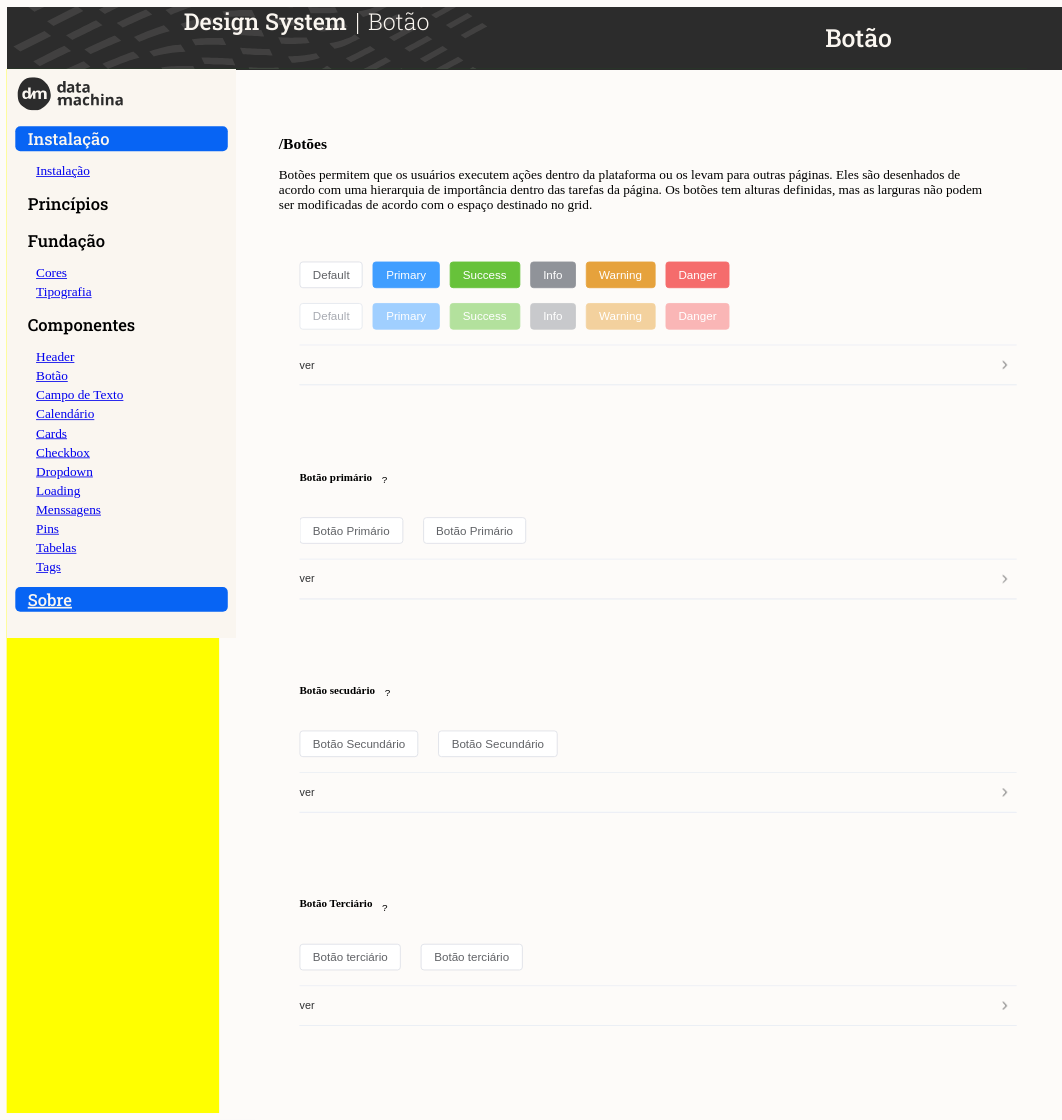
Repository: gustavoemmanoel/DM-Design-System
Page: /#/BotaoDs
The author's editor kept a copy of each file at every save. The page is drawn from the files as they stood at one save, then again after the next save.
The browser window is 1280 px wide. The pictures show the whole page, at 83% of full size.
The project was rebuilt for these pictures with package versions that can differ from the ones it lists, and the page was loaded fresh each time. Also part of the build but not shown: vue.config.js, src/views/Installation/InstallationEl.vue, src/views/Fundacao/ColorsDs.vue, src/views/Fundacao/IconografiaDs.vue, src/views/Fundacao/TipografiaDs.vue, src/views/Componentes/HeaderPage.vue, src/views/Componentes/CalendarioDs.vue, src/views/Componentes/CampoTextoDs.vue and 9 more.

Above is the page before, as saved 2022-10-20 15:49:33.

### src/main.js
import { createApp } from 'vue'
import router from './router'
import ElementPlus from 'element-plus'
import 'element-plus/dist/index.css'
import App from './App.vue'

import './'

createApp(App).use(ElementPlus).use(router).mount('#app')

/* app.use(ElementPlus)
app.mount('#app')

const app = createApp(App) */

### src/App.vue
<template>
  <div>
    <router-view />
  </div>
</template>

<script>
export default {
  name: "app",
};
</script>

<style>
@import url("https://fonts.googleapis.com/css2?family=Roboto:ital,wght@0,100;0,300;0,400;0,500;0,700;0,900;1,100;1,300;1,400;1,500;1,700;1,900&display=swap");
/* font-family: 'Roboto', sans-serif; */

@import url("https://fonts.googleapis.com/css2?family=Roboto+Slab:wght@200;300;400;500;600;700;800;900&display=swap");
/* font-family: 'Roboto Slab', serif; */

body {
  overflow-y: scroll;
  background: #fdfbf9;
  /* padding-top: 75px; */
}

.flex {
  display: flex;
  align-items: center;
}

</style>

<style>
.logo {
  width: 220px;
}

.el-header {
  background: green;
  position: fixed;
  width: 100%;
  padding: 0 !important;
  height: 75px !important;
  overflow: hidden;
}

.el-aside {
  background: yellow;
  margin-top: 75px;
  width: 256px;
}

footer {
  background: pink;
}

.containerInfos {
  background: var(--dm_creme_00);
  color: var(--dm_preto_00);
  border-radius: 6px;
  width: max-content;
  padding: 30px;
}

.componentsStyleContent {
  width: 100vw;
  /* background: gray; */
}

.el-main {
  margin: auto;
  margin-top: 75px;
  margin-bottom: 30px;
  max-width: 1020px;
  padding: 20px;
  padding: 60px 72px 20px 72px;
  box-sizing: border-box;
  border-radius: 6px;
}

.container-elementos {
  background: red;
  background: var(--dm_creme_01);
  width: 100%;
  border-radius: 6px;
  padding: 25px;
  margin-bottom: 30px;
}

.chaves,
.html_color_conteudo,
.html_codigos_blue,
.html_color_axx {
  display: inline;
  /* float: left;   */
}

.html_codigos_blue {
  color: #3375b9;
}
.html_color_conteudo {
  color: #2c2c2c;
}

.html_color_axx {
  color: var(--dm_roxo_C04);
}

/*  */

.html-line-height {
  line-height: 25px;
  background: rgba(151, 240, 151, 0.404);
}
</style>

### src/views/PDF.vue
<template>
  <div>
    <div class="container">
      <div class="mestre">
        <div class="pai">
          <div class="filho">
            <div class="relatorio filhoDiv" >
              <img src="/logo.jpg">
              <div class="rela"> Relatório de rotas </div></div>
            <div class="romaneio filhoDiv">Roteiro X - Detalhes de Entrega</div>
          </div>
          <div class="data">01/01/2022</div>
        </div>
        <table>
          <tr class="veiculo">
            <td v-for="(totaisdados, index) in DadosTotais" :key="index">
              <b> {{ totaisdados.name }} </b>
              <p>{{ totaisdados.dados }}</p>
            </td>
          </tr>
        </table>
      </div>
      <br />
      <table class="cont-table">
        <tr class="titulo">
          <td><b> Identificação</b></td>
          <td><b>Endereço</b></td>
          <td><b>Distância</b></td>
          <td><b>Quantidade</b></td>
          <td><b>Peso</b></td>
          <td><b>Volume</b></td>
        </tr>
        <tr class="resp" v-for="(trTop, index) in dadosBackEnd" :key="index">
          <td v-for="(dado, index) in trTop.tr" :key="index">
            {{ dado.td }}
          </td>
        </tr>
      </table>
    </div>
  </div>
</template>
<script>
export default {
  name: "PDF",
  data() {
    return {
      DadosTotais: [
        {
          name: "Veículos",
          dados: "20",
        },
        {
          name: "N° de visitas",
          dados: "20",
        },
        {
          name: "Distância Total",
          dados: "100km",
        },
        {
          name: "Temp Total",
          dados: "223450",
        },
        {
          name: "Peso Total",
          dados: "34",
        },
        {
          name: "Volume Total",
          dados: "425643",
        },
        {
          name: "Ocupação Total",
          dados: "485603",
        },
      ],

      dadosBackEnd: [
        {
          tr: [
            { td: "Mateus" },
            { td: "Guilherme" },
            { td: "Gustavo" },
            { td: "Ivo" },
            { td: "Elisa" },
            { td: "Pedro" },

          ],
        },
        {
          tr: [
            { td: "Mateus" },
            { td: "Guilherme" },
            { td: "Gustavo" },
            { td: "Ivo" },
            { td: "Elisa" },
            { td: "Pedro" },

          ],
        },
        {
          tr: [
            { td: "Mateus" },
            { td: "Guilherme" },
            { td: "Gustavo" },
            { td: "Ivo" },
            { td: "Elisa" },
            { td: "Pedro" },

          ],
        },
        {
          tr: [
            { td: "Mateus" },
            { td: "Guilherme" },
            { td: "Gustavo" },
            { td: "Ivo" },
            { td: "Elisa" },
            { td: "Pedro" },

          ],
        },
        {
          tr: [
            { td: "Mateus" },
            { td: "Guilherme" },
            { td: "Gustavo" },
            { td: "Ivo" },
            { td: "Elisa" },
            { td: "Pedro" },

          ],
        },
        {
          tr: [
            { td: "Mateus" },
            { td: "Guilherme" },
            { td: "Gustavo" },
            { td: "Ivo" },
            { td: "Elisa" },
            { td: "Pedro" },

          ],
        },
        {
          tr: [
            { td: "Mateus" },
            { td: "Guilherme" },
            { td: "Gustavo" },
            { td: "Ivo" },
            { td: "Elisa" },
            { td: "Pedro" },

          ],
        },
        {
          tr: [
            { td: "Mateus" },
            { td: "Guilherme" },
            { td: "Gustavo" },
            { td: "Ivo" },
            { td: "Elisa" },
            { td: "Pedro" },

          ],
        },
        {
          tr: [
            { td: "Mateus" },
            { td: "Guilherme" },
            { td: "Gustavo" },
            { td: "Ivo" },
            { td: "Elisa" },
            { td: "Pedro" },

          ],
        },
        {
          tr: [
            { td: "Mateus" },
            { td: "Guilherme" },
            { td: "Gustavo" },
            { td: "Ivo" },
            { td: "Elisa" },
            { td: "Pedro" },

          ],
        },
        {
          tr: [
            { td: "Mateus" },
            { td: "Guilherme" },
            { td: "Gustavo" },
            { td: "Ivo" },
            { td: "Elisa" },
            { td: "Pedro" },

          ],
        },
        {
          tr: [
            { td: "Mateus" },
            { td: "Guilherme" },
            { td: "Gustavo" },
            { td: "Ivo" },
            { td: "Elisa" },
            { td: "Pedro" },

          ],
        },

      ],
    };
  },
};
</script>

<style scoped>
@import url("https://fonts.googleapis.com/css2?family=Roboto:ital,wght@0,100;0,300;0,400;0,500;0,700;0,900;1,100;1,300;1,400;1,500;1,700;1,900&display=swap");
/* Roboto */
/* font-family: 'Roboto', sans-serif; */

@import url("https://fonts.googleapis.com/css2?family=Roboto+Slab:wght@200;300;400;500;600;700;800;900&display=swap");
/* Roboto Slab */
/* font-family: 'Roboto Slab', serif; */




.container {
  width: 1000px;
  margin: auto;
  color: #2c2c2c !important;
}

.mestre {
  border-collapse: collapse;
  margin-top: 20px;
}
.relatorio {
  display: flex;
  font-size: 35px;
  align-items: center;
}

.relatorio img{
  width: 120px;
  object-fit: contain;
  position: absolute;
  margin-left: 10px;

}

.rela{
  width: 100%;
}


.pai {
  display: flex;
  font-size: 25px;
}
.filho {
  width: 728px;
}

.romaneio{
  text-align: center;
  display: flex;
  align-items: center;
  justify-content: center;
}
.filhoDiv {
  font-family: "Roboto Slab", serif;
  font-weight: bold;
  border-width: 1px 0 0 1px;
  border-color: #cacaca;
  border-style: solid;
  height: 60px;
  text-align: center;
  display: flex;
}
.data {
  font-family: "Roboto Slab", serif;
  font-weight: bold;
  display: flex;
  align-items: center;
  justify-content: center;
  font-size: 25px;
  width: 222px;
  text-align: center;
  border-width: 1px 1px 0 1px;
  border-color: #cacaca;
  border-style: solid;
}
table {
  border-collapse: collapse;
}
h1 {
  font-size: 16px;
  color: #2c2c2c;
}
.veiculo td {
  border-width: 1px;
  border-color: #cacaca;
  border-style: solid;
  height: 56px;
  width: 159px;
  padding: 10px;
  text-align: center;

  font-size: 18px;
}
.veiculo tr {
  margin-left: 400px;
  height: 40px;
}
.titulo td {
  font-size: 18px;
}

.cont-table > tr:nth-child(2n) {
  background: #f0f0f0;
}

.cont-table td {
  width: 190px;
}
td {
  border-width: 1px;
  border-color: #cacaca;
  border-style: solid;

  padding: 10px;
  text-align: center;
}
.resp td {
  font-weight: normal;
  font-size: 18px;
}
</style>

### src/components/HeaderDs.vue
<template>
  <div>
    <el-col class="header">
      <el-col :offset="4" :span="16" class="container-ds">
        <div>
          <div class="cont-ds">
            <p class="first-title">Design System</p>
            |
            <p class="second-title">{{ headerTitle }}</p>
          </div>
          <p class="sub-title">Designed by Data Machina</p>
        </div>
        <div class="align_right">
          <p class="principal">{{ headerTitle }}</p>
        </div>
        <img class="graf" src="/grafismo.svg" />
      </el-col>
    </el-col>
  </div>
</template>
<script>
export default {
  name: "HeaderDs",
  props: {
    headerTitle: String,
  },
};
</script>

<style scoped>
.header {
  display: flex;
  align-items: center;
  top: 0;
  /* position: fixed; */
  background-color: #2c2c2c;
  color: #faf6f0;
  height: 75px;
  overflow: hidden;
  width: 100%;
  z-index: 100;
}
.container-ds {
  display: flex;
  align-items: center;
}

.align_right {
  margin-left: auto;
}

.cont-ds {
  display: flex;
  align-items: center;
  gap: 10px;
  font-size: 28px;
}

.first-title {
  font-weight: 500;
  font-family: "Roboto Slab", serif;
}

.second-title {
  font-size: 28px;
  font-weight: 300;
  font-family: "Roboto Slab", serif;
}

.sub-title {
  font-size: 12px;
  font-weight: 300;
  font-family: "Roboto Slab", serif;
}

.principal {
  font-size: 30px;
  font-weight: 500;
  font-family: "Roboto Slab", serif;
}

.graf {
  position: absolute;
  height: 475px;
  left: 0;
  opacity: 0.1;
}
</style>

### src/views/ElementsDs/AsideComponent.vue
<template>
  <div class="side-bar">
    <img class="logo-dm" src="/logo.svg" />
    <!-- Princípios -->
    <div class="component-tag tag-ativa">Instalação</div>
    <div class="options">
      <router-link to="InstallationEl">Instalação</router-link>
    </div>
    <div class="component-tag">Princípios</div>
    <!-- Fundação -->
    <div class="component-tag">Fundação</div>
    <div class="options">
      <router-link to="ColorsDs" :style="btnAtivo.cores">Cores</router-link>
      <router-link to="TipografiaDs" :style="btnAtivo.tipografia"
        >Tipografia</router-link
      >
    </div>

    <!-- Componentes -->
    <div class="component-tag">Componentes</div>
    <div class="options">
      <router-link to="HeaderPage">Header</router-link>
      <router-link to="BotaoDs">Botão</router-link>
      <router-link to="CampoTextoDs">Campo de Texto</router-link>
      <router-link to="CalendarioDs">Calendário</router-link>
      <router-link to="CardsDs">Cards</router-link>
      <router-link to="CheckboxDs">Checkbox</router-link>
      <router-link to="DropdownDs">Dropdown</router-link>
      <router-link to="LoadingDs">Loading</router-link>
      <router-link to="MenssagensDs">Menssagens</router-link>
      <router-link to="PinsDs">Pins</router-link>
      <router-link to="TabelasDs">Tabelas</router-link>
      <router-link to="TagsDs">Tags</router-link>
    </div>
    <router-link to="SobreDs" class="component-tag tag-ativa"
      >Sobre</router-link
    >
    <!--  <el-footer>
      <img src="/grafismos/graf-01-background.svg" />
      <img src="/grafismos/graf-02-background.svg" />
    </el-footer> -->
  </div>
</template>

<script>
export default {
  name: "AsideComponent",
  props: {
    btnAtivo: String,
  },
};
</script>

<style scoped>
/*  */
.side-bar {
  position: fixed;
  background: #faf6f0;
  overflow-y: auto;
  width: 256px;
  /* padding: 17px; */
  height: calc(100vh - 75px);
  padding: 10px;
  padding-bottom: 30px;
}

.Principles {
  font-family: "Roboto Slab", serif;
  font-weight: 300;
}

.principles-1 {
  font-family: "Roboto Slab", serif;
  font-size: 30px;
  font-weight: 500;
}

.DS {
  font-size: 28px;
  font-family: "Roboto Slab", serif;
}

.logo-dm {
  height: 40px;
  width: 132px;
}

.component-tag {
  font-size: 20px;
  font-weight: 500;
  font-family: "Roboto Slab", serif;
  display: flex;
  align-items: center;
  padding-left: 15px;
  height: 30px;
  border-radius: 6px;
  margin: 15px 0;
}

.tag-ativa {
  background: #0764f4;
  color: #faf6f0;
}

.btn-aside {
  display: flex;
  flex-direction: column;
  align-items: flex-start;
  gap: 5px;
  padding: 10px 0;
}

.btn-aside button {
  background: none;
  border: none;
  font-size: 18px;
  font-weight: 400;
  margin-left: 25px;
  transition: 0.3s;
  cursor: pointer;
}

.btn-aside button:hover {
  color: #0764f4;
  transition: 0.3s;
}

.options {
  display: flex;
  flex-direction: column;
  gap: 5px;
  margin: 10px 0 10px 25px;
}

.options p {
  font-size: 18px;
  font-weight: 400;
  cursor: pointer;
  transition: 0.2s;
}

.options p:hover {
  transition: 0.2s;
  color: var(--dm_cinza_02);
}

footer {
  position: absolute;
  bottom: 0;
  left: 0;
  width: 100%;
  background: #2c2c2c;
  padding: 0;
}
</style>

Loaded but not shown: public/index.html (common file); src/index.css (library); src/router/index.js (133 lines, source omitted); src/views/Componentes/BotaoDs.vue (285 lines, source omitted); src/views/Componentes/TagsDs.vue (215 lines, source omitted)

After the next save:
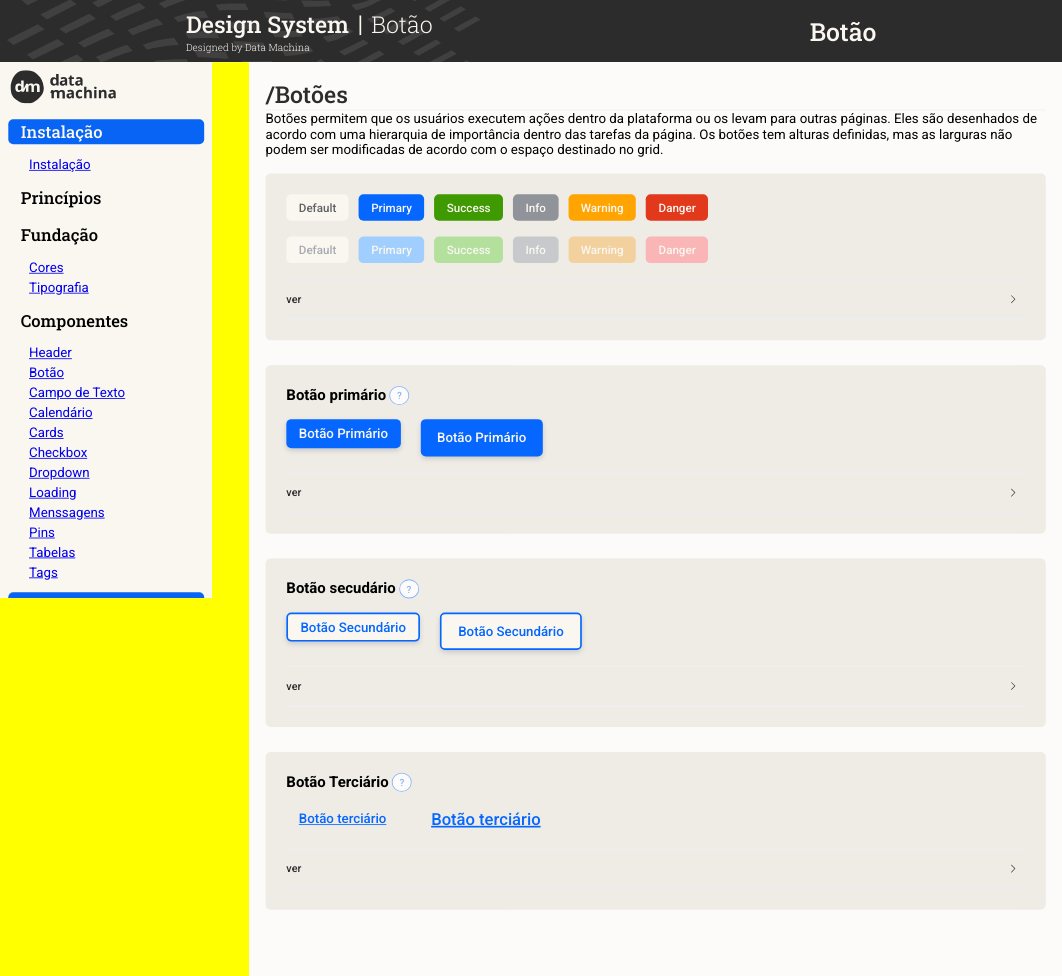
Saved 22 s later.
--- a/src/main.js
+++ b/src/main.js
@@ -4,7 +4,7 @@
 import 'element-plus/dist/index.css'
 import App from './App.vue'
 
-import './'
+import './index.css'
 
 createApp(App).use(ElementPlus).use(router).mount('#app')
 

After the save that followed:
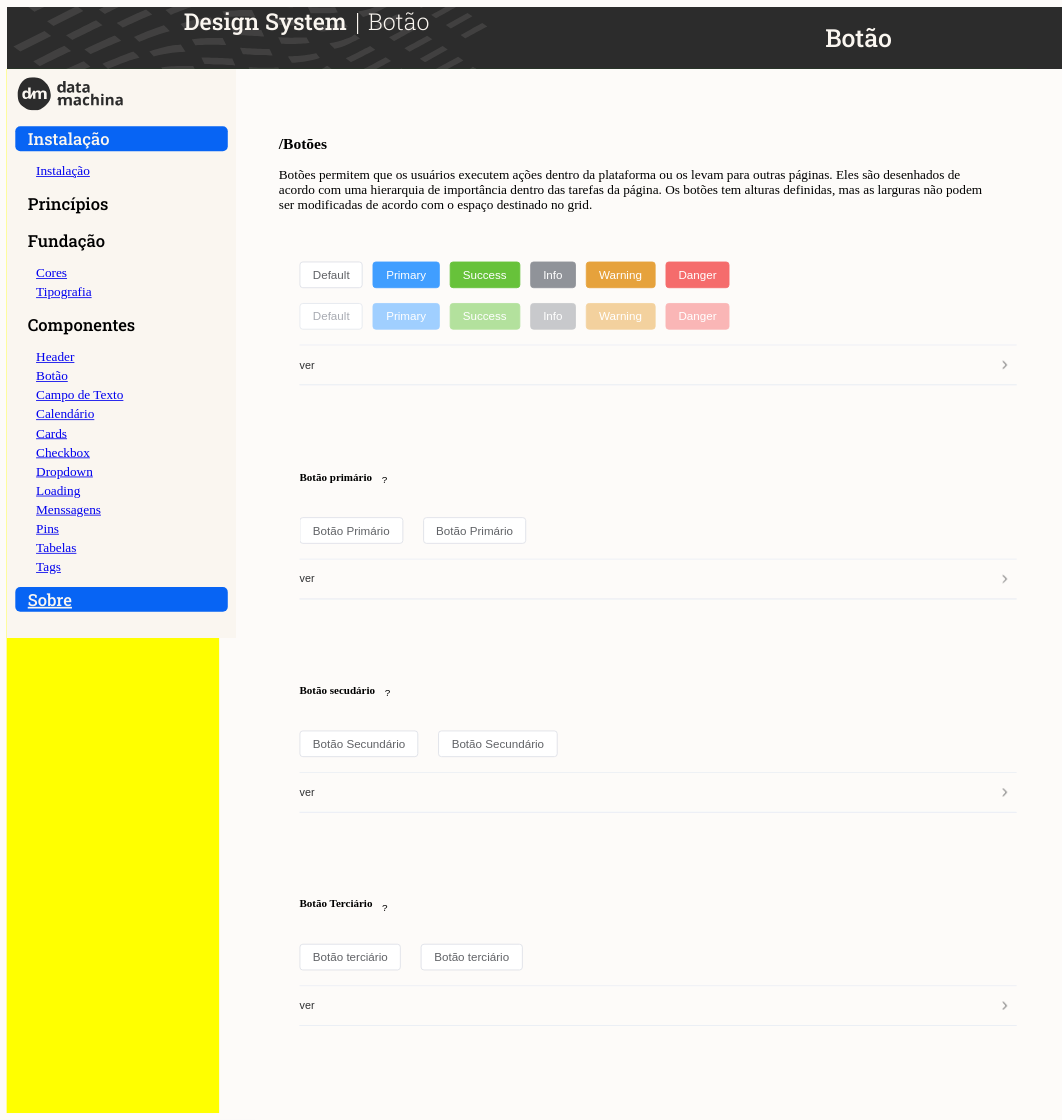
Saved 97 s later.
--- a/src/main.js
+++ b/src/main.js
@@ -4,7 +4,7 @@
 import 'element-plus/dist/index.css'
 import App from './App.vue'
 
-import './index.css'
+
 
 createApp(App).use(ElementPlus).use(router).mount('#app')
 
